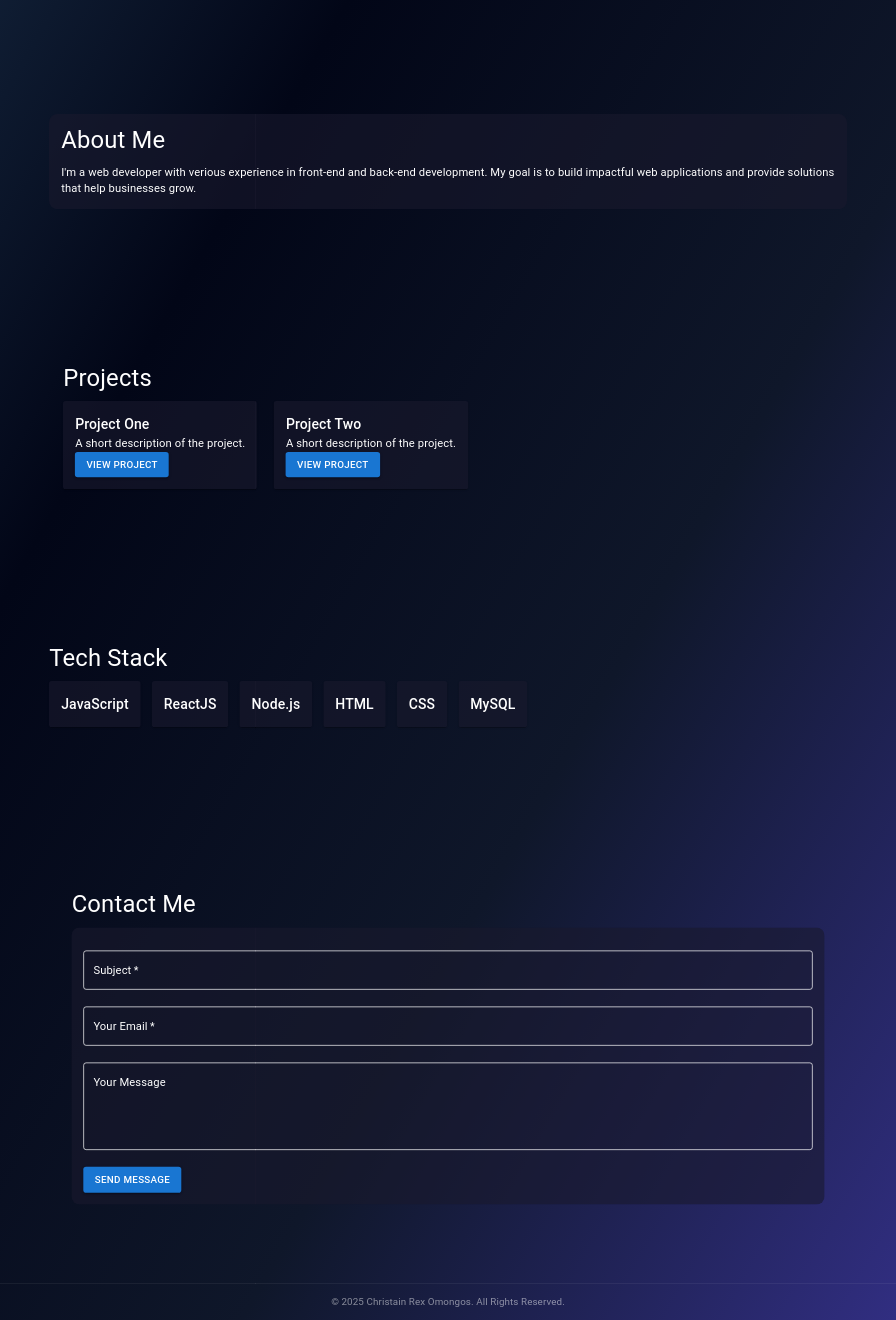
Repository: mikeshadowcoder/myWeb
Page: /
The author's editor kept a copy of each file at every save. The page is drawn from the files as they stood at one save, then again after the next save.
The browser window is 1280 px wide. The pictures show the part of the page from y = 757 to 2677 px (the page is 2643 px tall before and 2677 px after), at 70% of full size.
The project was rebuilt for these pictures with package versions that can differ from the ones it lists, and the page was loaded fresh each time.

Above is the page before, as saved 2026-01-21 20:57:27.

### src/index.js
import React from 'react';
import ReactDOM from 'react-dom/client';
import './index.css';
import App from './App';
import 'bootstrap/dist/css/bootstrap.min.css';
import "./styles/global.css";

const root = ReactDOM.createRoot(document.getElementById('root'));
root.render(
  <React.StrictMode>
    <App />
  </React.StrictMode>
);

### src/App.js
import React, {useRef} from 'react';
//import { BrowserRouter as Router, Route, Routes } from 'react-router-dom';
import Header from './components/Header';
import Home from './components/Home';
import AboutMe from './components/AboutMe';
import Content from './components/Content';
import Skills from './components/Skills';
import Contact from './components/Contact';
import Footer from './components/Footer';
import Box from '@mui/material/Box';
import BackgroundShapes from './components/BackgroundShapes'


const App = () => {
  const homeRef = useRef(null);
  const aboutRef = useRef(null);
  const contentRef = useRef(null);
  const skillsRef = useRef(null);
  const contactRef = useRef(null);

  // Function to handle smooth scrolling
  const scrollToSection = (ref) => {
    const headerOffset = 200; // Adjust based on your AppBar height (default MUI AppBar is ~64px)
    const elementPosition = ref.current.getBoundingClientRect().top + window.scrollY;
    const offsetPosition = elementPosition - headerOffset;

    window.scrollTo({
      top: offsetPosition,
      behavior: "smooth",
    });
  };


  return (
    <div>
      {/* Pass the scroll function to Header for navigation */}
      <BackgroundShapes/>
      <Header
        onScrollToSection={{
          home: () => scrollToSection(homeRef),
          about: () => scrollToSection(aboutRef),
          content: () => scrollToSection(contentRef),
          skills: () => scrollToSection(skillsRef),
          contact: () => scrollToSection(contactRef),
        }}
      />
      <Box sx={{
        maxWidth: "89%",
        margin: "auto",
        // border: "2px solid red"
      }}>
       {/* Sections with attached refs */}
      <section ref={homeRef}>
        <Home />
      </section>

       <section ref={aboutRef}>
        <AboutMe />
      </section>

      <section ref={contentRef}>
        <Content />
      </section>

      <section ref={skillsRef}>
        <Skills />
      </section>

      <section ref={contactRef}>
        <Contact />
      </section>
      </Box>
      <section>
        <Footer/>
      </section>
    </div>
  );
};

export default App;

### src/styles/global.css
body {
    min-height: 100vh;
    background:
      linear-gradient(120deg, #1b314b, #020617,  #0f172a, #312e81);
    background-size: 100% 100%;
    color: white;
    margin: 0;
    padding: 0;
    font-family: 'Arial', sans-serif;
  }


.gradient-text {
  background: linear-gradient(90deg, rgb(50, 182, 230), rgb(138, 43, 226)); /* Customize here */
  -webkit-background-clip: text;
  background-clip: text;
  -webkit-text-fill-color: transparent;
  color: transparent;
}

### src/components/Header.js
import React from 'react';
import { AppBar, Toolbar, Typography, Button } from '@mui/material';
import "../styles/header.css";
//import { Link } from 'react-router-dom';

const Header = ({onScrollToSection}) => {
  return (
    <AppBar className="header">
      <Toolbar>
        <Typography variant="h6" sx={{flexGrow:1}}>
          Christian Rex
        </Typography>
        <Button color="inherit" onClick={onScrollToSection.home}>Home</Button>
        <Button color="inherit" onClick={onScrollToSection.about}>About</Button>
        <Button color="inherit" onClick={onScrollToSection.content}>Projects</Button>
        <Button color="inherit" onClick={onScrollToSection.skills}>Skills</Button>
        <Button color="inherit" onClick={onScrollToSection.contact}>Contact</Button>
      </Toolbar>
    </AppBar>
  )
};

export default Header;

### src/components/Home.js
import React from "react";
import { Box, Typography, Button } from "@mui/material";
import LinkedInIcon from "@mui/icons-material/LinkedIn";
import GitHubIcon from "@mui/icons-material/GitHub";
// import FacebookIcon from "@mui/icons-material/Facebook";
import profilePic from "../assets/images/profilePic.jpg";

const Home = () => {
  return (
    <Box
      sx={{
        display: "flex",
        alignItems: "center",
        justifyContent: "center",
        minHeight: "100vh",
        color: "white",
        width: "100%",
        textAlign: "center",
      }}
    >
      <Box
        sx={{
          display: "flex",
          alignItems: "center",
          gap: "20px", // Space between image and text
          flexWrap: "wrap", // Ensures responsiveness
        }}
      >
      {/* Profile Image */}
      <Box
        component="img"
        src={profilePic} //Profile Picture
        alt="Profile"
        sx={{
          width: "200px",
          height: "200px",
          borderRadius: "15px",
          boxShadow: "0 0 20px rgba(0, 123, 255, 0.5)",
          marginBottom: "20px",
          objectFit: "cover"
        }}
      />

      {/* Text Section */}
      <Box sx={{ textAlign: "left"}}>
        <Typography variant="h2">
          My name's {" "}
          <Typography variant="h2" component="span" className="gradient-text" sx={{ fontWeight: "bold" }}>Christian Rex Omongos</Typography>
        </Typography>

        <Typography variant="h6" sx={{ marginBottom: "10px", opacity: 0.8 }}>
          Web Developer
        </Typography>

        {/* Social Media Icons */}
        <Box sx={{ display: "flex",}}>
          <Button href="https://linkedin.com/in/christianrex/" target="_blank" sx={{ color: "white", minWidth: 0, padding: 0 }}>
            <LinkedInIcon fontSize="large" />
          </Button>
          <Button href="https://github.com/mikeshadowcoder" target="_blank" sx={{ color: "white", minWidth: 0, padding: 0 }}>
            <GitHubIcon fontSize="large" />
          </Button>
        </Box>
      </Box>
    </Box>
  </Box>
  );
};

export default Home;

### src/components/AboutMe.js
import React from 'react';
import { Typography, Box } from '@mui/material';
import "../styles/boxStyling.css"

const AboutMe = () => {

  return (
    <Box sx={{ mt: 25, mb: 25, width: "100%" }}>
      <Box className="box-container">
        <Typography variant="h4" gutterBottom>About Me</Typography>
          <Typography>
            I'm a web developer with verious experience in front-end and back-end development.
            My goal is to build impactful web applications and provide solutions that
            help businesses grow.
          </Typography>
      </Box>
    </Box>
  );
};

export default AboutMe;

### src/components/Content.js
import React from 'react';
import { Grid2, Paper, Typography, Button, Box } from '@mui/material';
// import MacWindowHeader from './UI/MacWindowHeader';
import "../styles/boxStyling.css";

const Content = () => {
  const projects = [
    {
      title: 'Project One',
      description: 'A short description of the project.',
      link: 'https://github.com/your-repo/project-one',
    },
    {
      title: 'Project Two',
      description: 'A short description of the project.',
      link: 'https://github.com/your-repo/project-two',
    },
    // Add more projects here
  ];

  return (
  <Box>
    {/* <MacWindowHeader/> */}
    <Box sx={{ padding: "20px"}}>

        <Typography variant="h4" gutterBottom>Projects</Typography>
        <Grid2 container spacing={3}>
          {projects.map((project, index) => (
            <Grid2 item xs={12} sm={6} key={index}>
              <Paper className='box-container' sx={{ padding: 2, bgcolor: 'rgba(26, 26, 46, 0.6)', color: 'rgba(255, 255, 255, 1)'}}>
                <Typography variant="h6">{project.title}</Typography>
                <Typography>{project.description}</Typography>
                <Button variant="contained" href={project.link} target="_blank">
                  View Project
                </Button>
              </Paper>
            </Grid2>
          ))}
        </Grid2>

    </Box>
  </Box>
  );
};

export default Content;

### src/components/Skills.js
import React from 'react';
import { Grid2, Paper, Typography, Box } from '@mui/material';
import "../styles/boxStyling.css"

const Skills = () => {
  const skills = ['JavaScript', 'ReactJS', 'Node.js', 'HTML', 'CSS', 'MySQL'];

  return (
    <Box sx={{ mt: 25, width: "100%", }}>
      <Typography variant="h4" gutterBottom >Tech Stack</Typography>
      <Box> {/* REDUNDANT might remove later*/}
      <Grid2 container spacing={2} >
        {skills.map((skill, index) => (
          <Grid2 item xs={12} sm={6} md={4} key={index}>
            <Paper className="box-container" sx={{ padding: 2, textAlign: 'center', bgcolor: 'rgba(26, 26, 46, 0.6)', color: 'rgba(255, 255, 255, 1)' }}>
              <Typography variant="h6">{skill}</Typography>
            </Paper>
          </Grid2>
        ))}
      </Grid2>
      </Box>

    </Box>
  );
};

export default Skills;

### src/components/Contact.js
import React, { useState } from 'react';
import { Typography, TextField, Button, Box, Alert } from '@mui/material';
import "../styles/boxStyling.css"

const Contact = () => {
  const [success, setSuccess] = useState(false);
  const [error, setError] = useState(false);

  const handleSubmit = async (event) => {
    event.preventDefault();
    setError(false);
    setSuccess(false);

    const formData = new FormData(event.target);

    try {
      const response = await fetch("https://formsubmit.co/bufferingupbruh1994@gmail.com", {
        method: "POST",
        body: formData,
      });

      if (response.ok) {
        setSuccess(true);
        event.target.reset(); // Reset the form after success
        setTimeout(() => setSuccess(false), 5000);
      } else {
        setError(true);
        setTimeout(() => setError(false), 5000);

      }
    } catch (err) {
      setError(true);
      setTimeout(() => setError(false), 5000);
    }
  }


  return (
    <Box
    sx={{
      p: 4,
      mt: 25,
      mb: 10
    }}
    >
      <Typography variant="h4" gutterBottom>Contact Me</Typography>
      <Box className="box-container" >
        {/* Success Message */}
        {success && <Alert severity="success">Message sent</Alert>}
        {error && <Alert severity="error">Failed to send message. Please try again.</Alert>}
        <form onSubmit={handleSubmit}>

          <input type="hidden" name="_captcha" value="false" />

          {/*Subject*/}
          <TextField
          label="Subject"
          name="Subject"
          fullWidth
          margin="normal"
          required
          slotProps={{inputLabel: { style: { color: "white" } } }} // Make label white
          sx={{
            input: { color: "white" },
            "& .MuiOutlinedInput-root": {
              "& fieldset": { borderColor: "white" }, // Border color
              "&:hover fieldset": { borderColor: "#ccc" }, // Hover effect
              },
            }}
          />

          {/*Email*/}
          <TextField label="Your Email"
          name="Email"
          type="email"
          fullWidth
          margin="normal"
          required
          slotProps={{inputLabel: { style: { color: "white" } } }} // Make label white
          sx={{
            input: { color: "white" },
            "& .MuiOutlinedInput-root": {
              "& fieldset": { borderColor: "white" }, // Border color
              "&:hover fieldset": { borderColor: "#ccc" }, // Hover effect
              },
            }}
          />

          {/*Message*/}
          <TextField label="Your Message"
          name="Message"
          fullWidth
          multiline
          rows={4}
          margin="normal"
          slotProps={{inputLabel: { style: { color: "white" } } }} // Make label white
          sx={{
            "& textarea": {color: "white"},
            "& .MuiOutlinedInput-root": {
              "& fieldset": { borderColor: "white" }, // Border color
              "&:hover fieldset": { borderColor: "#ccc" }, // Hover effect
              },
            }}
          />
          <Button type="submit" variant="contained" sx={{ mt: 2 }}>Send Message</Button>
        </form>
        </Box>
    </Box>
  );
};

export default Contact;

### src/components/Footer.js
import React from 'react';
import { Box, Typography } from "@mui/material";


const Footer = () => {
    return (
        <Box
            sx={{
                width: "100%",
                color: "white",
                textAlign: "center",
                mt: 4,
                mb: 2,
                borderTop: "1px solid rgba(255, 255, 255, 0.08)",
                pt: 2,
            }}
        >
            <Typography variant="body2" sx={{ color: " rgba(255, 255, 255, 0.5) "}}>
                © {new Date().getFullYear()} Christain Rex Omongos. All Rights Reserved.
            </Typography>
        </Box>
    )
}

export default Footer;

### src/components/BackgroundShapes.js
import React from "react";
import "../styles/background.css"; // Import styles

const BackgroundShapes = () => {
  return (
    <>
    <div className="grid-container">
      {/* <svg class="bg" viewBox="0 0 100 100" preserveAspectRatio="xMidYMid slice">
        <defs>
          <linearGradient id="g1">
            <stop offset="0%" stop-color="#7c3aed"/>
            <stop offset="100%" stop-color="#22d3ee"/>
          </linearGradient>
        </defs>
        <circle cx="30" cy="40" r="35" fill="url(#g1)" opacity="0.25" />
      </svg> */}
      <div className="gradient-blobs" />
    </div>
    </>
  );
};

export default BackgroundShapes;

### src/styles/header.css
.header {
  position: sticky;
  scroll-behavior: smooth;
  background-color: rgba(5, 19, 35, .4) !important;
  backdrop-filter: blur(80px);
  color: #ffffff !important;
  /* z-index: 1200 !important; */
  overflow: hidden;
}

### src/styles/boxStyling.css
.box-container {
    width: 100%;
    /* height: 400px; */
    padding: 16px;
    border-radius: 12px;
    border: 1px solid transparent;
    /* background: linear-gradient(to bottom right, rgba(26, 26, 46, 0.6), rgba(22, 33, 62, 0.6)); */
    background: rgba( 26, 26, 46, 0.6);
    transition: border 0.3s ease-in-out, box-shadow 0.3s ease-in-out;
  }

  .box-container:hover {
    border: 1px solid #3b82f6;
    box-shadow: 0px 0px 10px rgba(59, 130, 246, 0.5);
  }

  /* .test {
    color: rgb(99, 102, 241);
    background-image: linear-gradient(45deg, rgb(99, 102, 241) 10%, rgb(168, 85, 247) 93%);
    background-clip: text;
    -webkit-text-fill-color: transparent;
    font-weight: 800 !important;
  } */

### src/styles/background.css
/* Background Shapes and Grid Overlay */
.grid-container{
  position: fixed;
  top: 0;
  left: 0;
  width: 100%;
  height: 100%;
  background-image:
    linear-gradient(rgba(255, 255, 255, 0.04) 1px, transparent 1px),
    linear-gradient(90deg, rgba(255, 255, 255, 0.04) 1px, transparent 1px);
  background-size: 25px 25px; /* Grid spacing */
  opacity: 0.3;
  z-index: -1;
  pointer-events: none;
}

Loaded but not shown: public/index.html (common file); src/index.css (common file)

After the next save:
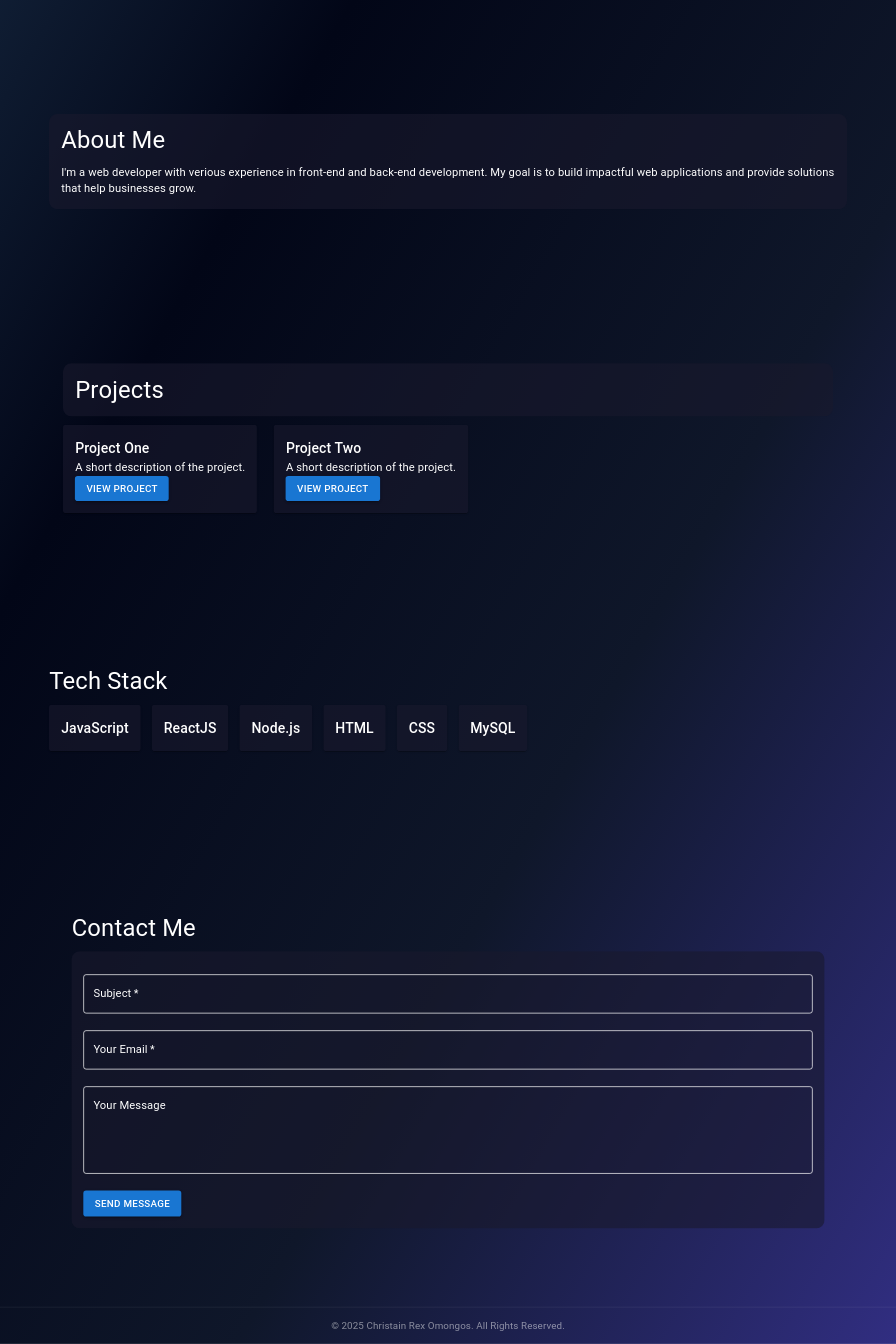
Saved 118 min 8 s later.
--- a/src/components/Content.js
+++ b/src/components/Content.js
@@ -23,7 +23,7 @@
     {/* <MacWindowHeader/> */}
     <Box sx={{ padding: "20px"}}>
 
-        <Typography variant="h4" gutterBottom>Projects</Typography>
+        <Typography className='box-container' variant="h4" gutterBottom>Projects</Typography>
         <Grid2 container spacing={3}>
           {projects.map((project, index) => (
             <Grid2 item xs={12} sm={6} key={index}>
